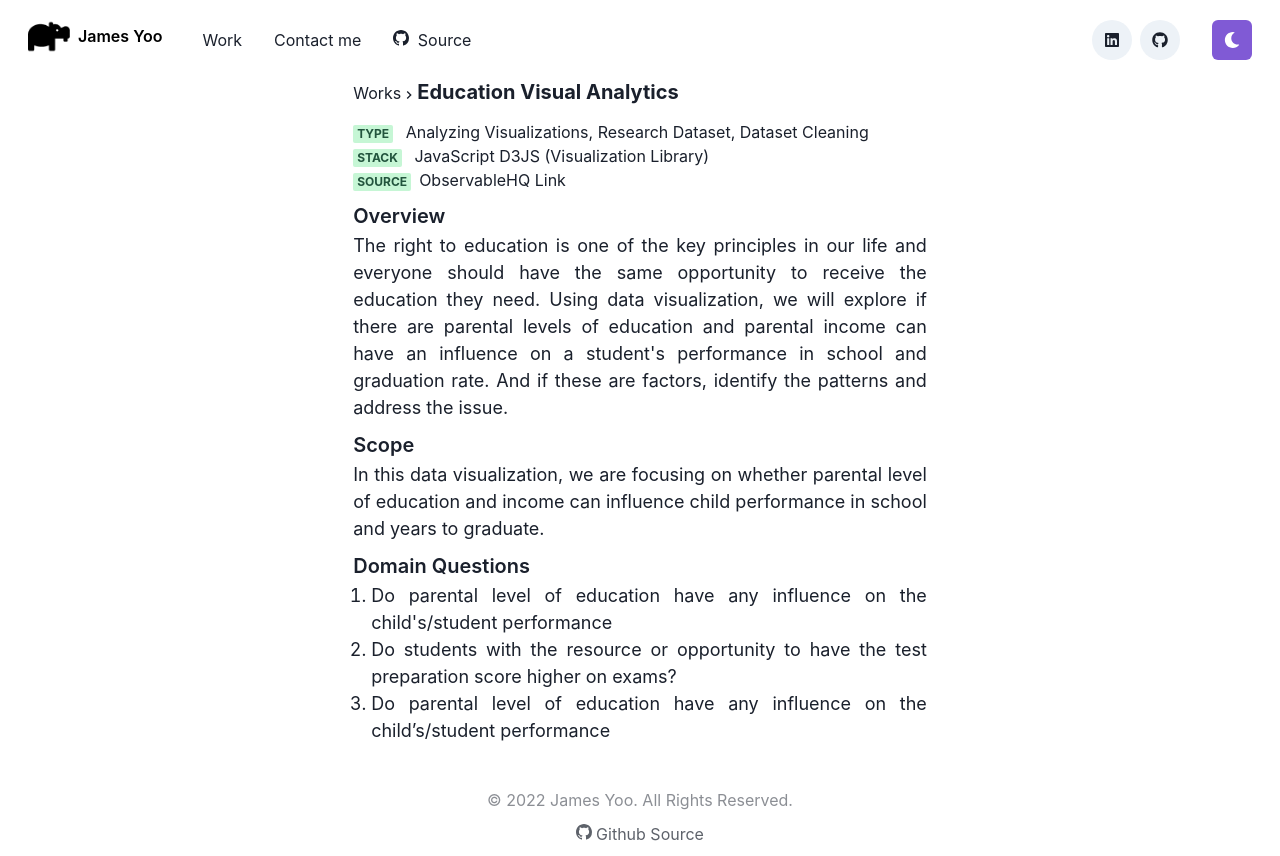
Repository: jammy729/portfolio-2022
Page: /work/educationvisualanalytics
These files come from the project's save history. The page is drawn as it stood at one moment and after a run of saves; the edit follows.
The browser window is 1280 px wide. The pictures show the whole page.
The project was rebuilt for these pictures with package versions that can differ from the ones it lists, and the page was loaded fresh each time. Also part of the build but not shown: src/components/home.js, src/components/contact.js, src/components/layouts/layout.js, src/components/work/work.js, src/components/work/Development/WorldInstitutionDatabase/worldinstitutiondatabase.js, src/components/work/Development/GeoMemories/geomemories.js, src/components/work/Design/ExperienceDesign/experiencedesign.js, src/components/work/Development/PersonalPortfolio/personalportfolio.js. Imported but missing from the stored project, and not drawn on this page: src/components/work/Design/FinestCup/finestcup, src/components/work/Development/WorldInstitutionDatabase/universityDatabase.mp4.

Above is the page before, as saved 2022-06-28 15:10:11.

After the next 5 saves:
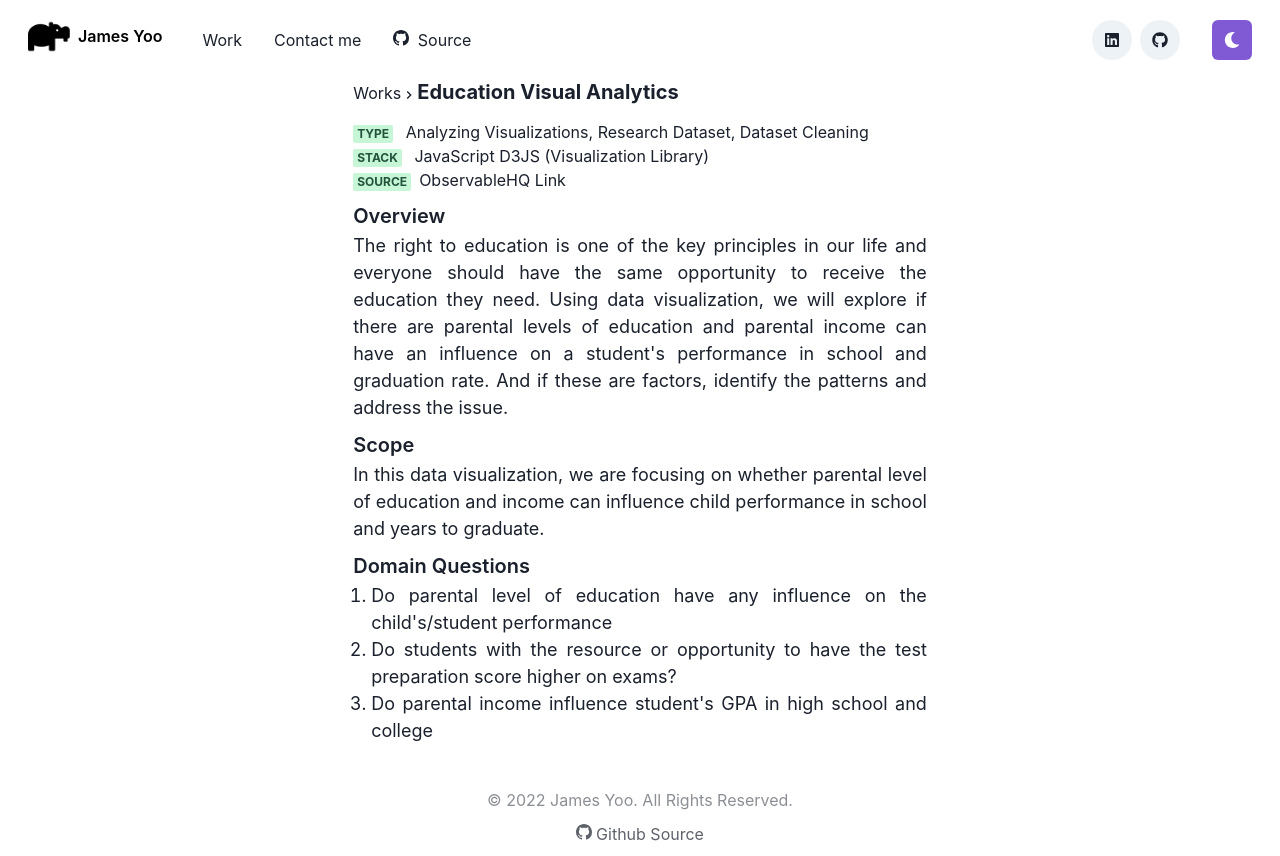
The 5 saves are shown as one change because they came seconds apart.
The last was saved 16 s later.
--- a/src/components/work/Development/EducationVisualAnalytics/educationvisualanalytics.js
+++ b/src/components/work/Development/EducationVisualAnalytics/educationvisualanalytics.js
@@ -60,8 +60,8 @@ const EducationVisualAnalytics = () => {
               preparation score higher on exams?
             </ListItem>
             <ListItem>
-              Do parental level of education have any influence on the
-              child’s/student performance
+              Do parental income influence student's GPA in high school and
+              college
             </ListItem>
           </OrderedList>
         </DescriptionText>
